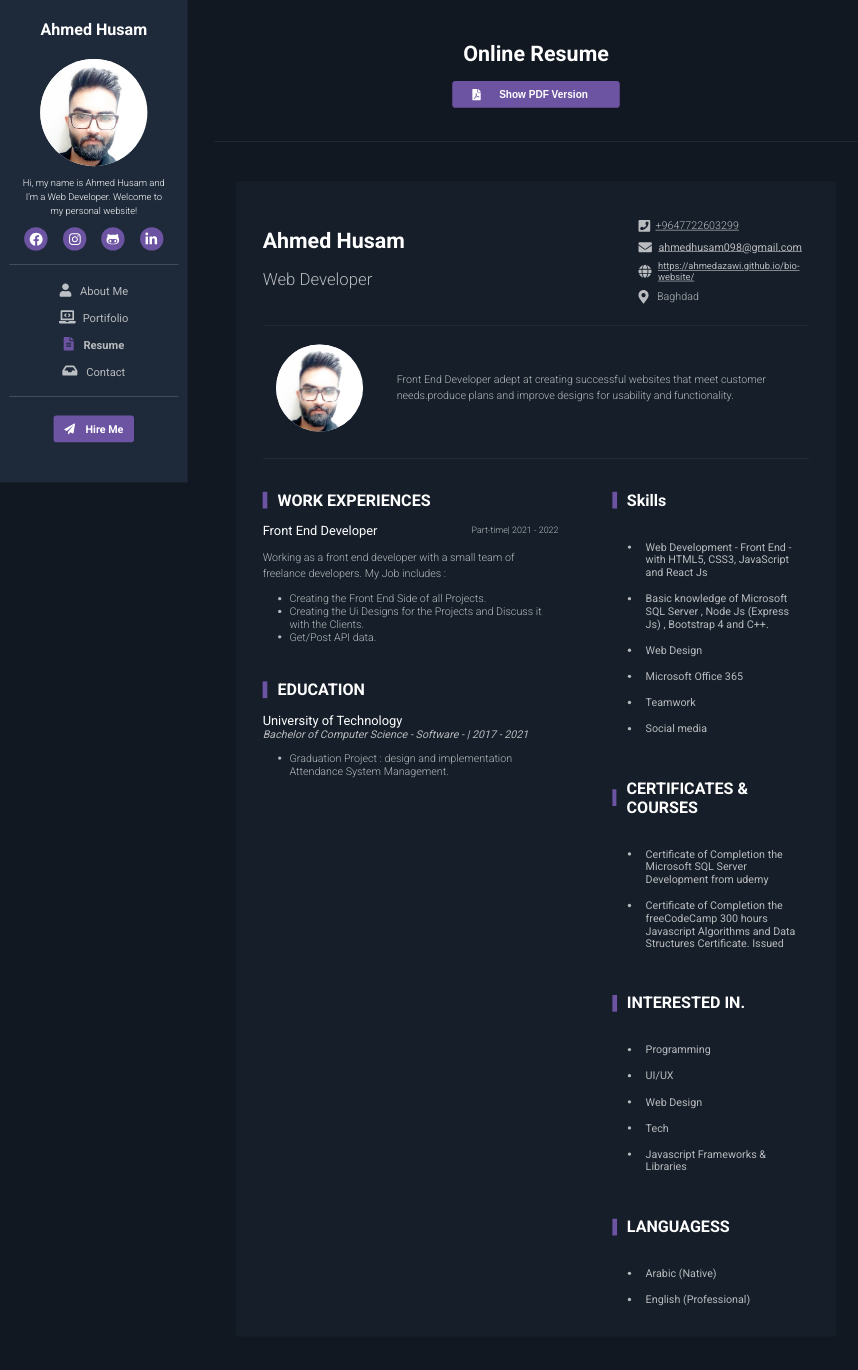
Repository: ahmedazawi/bio-website
Page: /bio-website/resume
These files come from the project's save history. The page is drawn as it stood at one moment and after the next save; the edit follows.
The browser window is 1280 px wide. The pictures show the whole page, at 67% of full size.
The project was rebuilt for these pictures with package versions that can differ from the ones it lists, and the page was loaded fresh each time. Also part of the build but not shown: src/assets/css/routes-files/about-me.css, src/components/home/Head.js, src/assets/css/routes-files/cards.css, src/components/home/Card.js, src/components/home/Cards.js, src/components/home/PojectsCard.js, src/components/home/Projects.js, src/views/AboutMe.js and 2 more.

Above is the page before, as saved 2022-08-05 11:35:15.

After the next save:
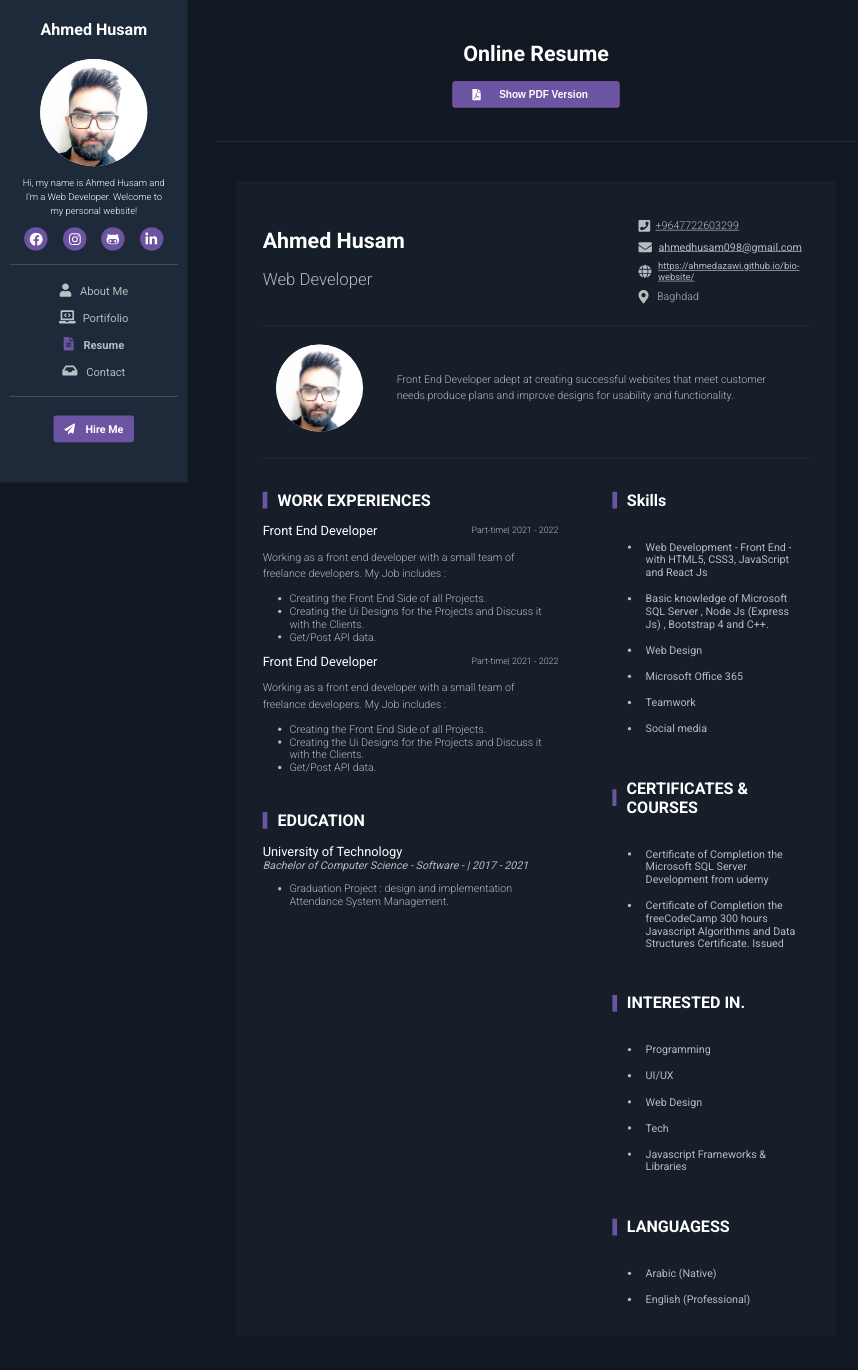
Saved 22 s later.
--- a/src/views/Resume.js
+++ b/src/views/Resume.js
@@ -171,6 +171,29 @@ const Resume = () => {
                 <li>Get/Post API data.</li>
               </ul>
             </div>
+            <div>
+              <div className="resume-inside-title">
+                <big>Front End Developer</big>
+                <small>Part-time| 2021 - 2022</small>
+              </div>
+              <p>
+                Working as a front end developer with a small team of freelance
+                developers. My Job includes :
+              </p>
+              <ul
+                style={{
+                  fontWeight: "lighter",
+                  color: "rgb(184, 186, 189) ",
+                }}
+              >
+                <li>Creating the Front End Side of all Projects.</li>
+                <li>
+                  Creating the Ui Designs for the Projects and Discuss it with
+                  the Clients.
+                </li>
+                <li>Get/Post API data.</li>
+              </ul>
+            </div>
             <div className="resume-title">
               <div></div>
               <h2>EDUCATION</h2>
